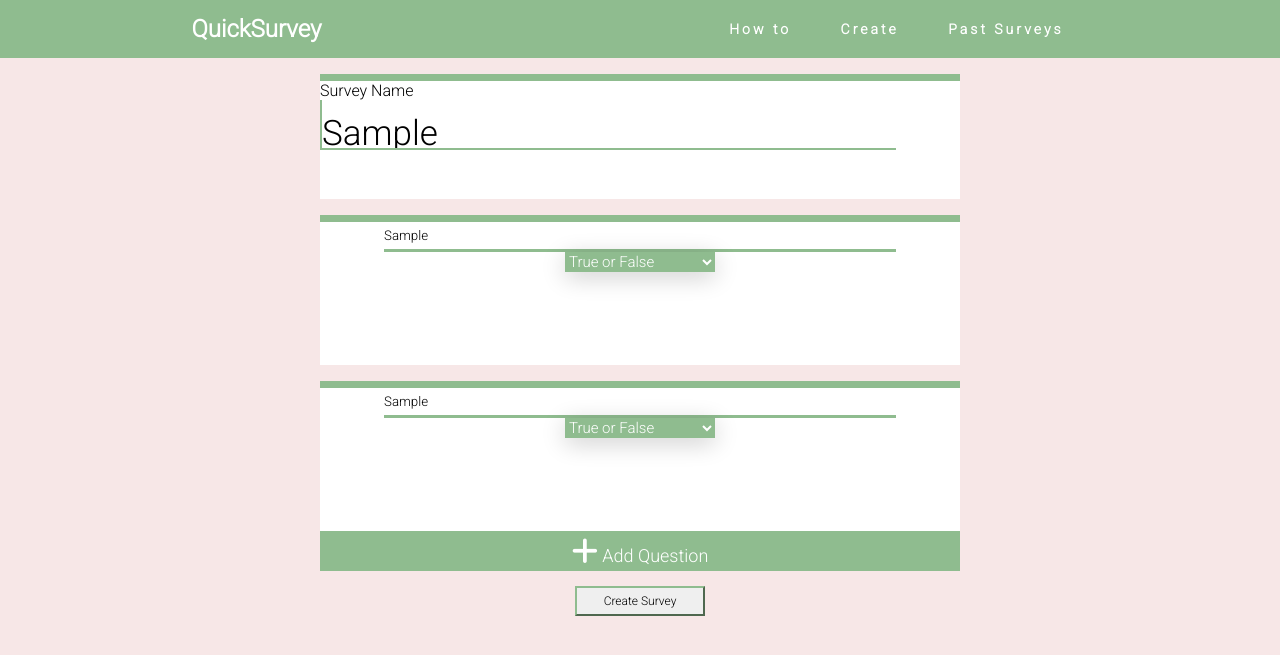
Repository: cakuang1/QuickSurvey
Page: create.html
These files come from the project's save history. The page is drawn as it stood at one moment and after a run of saves; the edit follows.
The browser window is 1280 px wide. The pictures show the whole page.
Empty fields were first filled with sample values (such as "Sample", 5 or name@example.com).
After loading, the first visible `button.adds` was clicked once.
Some web libraries are served in a nearby version.

Above is the page before, as saved 2022-01-09 22:52:23.

### create.html
<!DOCTYPE html>
<html>
<head>
    <title>QuickSurvey</title>
    <link href="https://fonts.googleapis.com/css2?family=Roboto:wght@300&display=swap" rel="stylesheet">
    <meta charset="UTF-8">
    <link rel="stylesheet" href="style.css">

    <script src="https://kit.fontawesome.com/71865f0e2e.js" crossorigin="anonymous"></script>


</head>

<body>
        <nav class="navbar">
            <div class = 'heading'>
                <h2 id = "logo">QuickSurvey</h2>
            </div>
            <ul class="nav-menu">
                <li><a href="index.html" >How to</a></li>
                <li><a href="create.html">Create</a></li>
                <li><a href="pastsurveys.html">Past Surveys</a></li>
            </ul>
        </nav>

    </div>
    <div class="namecontainer">
        <label>Survey Name </label>
        <form ><input type="text" id = "testing"Survey name="Name"></form>

    </div>
    <form action="" class="theform">
        <div class = "formdiv">
            <input type="text" class="inps" placeholder="Question 1">
            <select name="" class="selectors">
                <option value="TF">True or False</option>
                <option value="SR">Short Response</option>
            </select>
        </div>
        <div align = "center" class = "bottomdiv">
        <button type = "button" class = "adds"> <i class="fas fa-plus"></i> Add Question</button><br>
        <input type="submit" value="Create Survey" class="creates">
        </div>
    </form>

</body>
<script src="app.js"></script>
</html>

### style.css
* {
    box-sizing: border-box;
    margin: 0;
    padding: 0;
    font-family: 'Roboto', sans-serif;
}
body{
    background-color: #f7e7e7;


}
nav {
    display: flex;
    justify-content: space-around;
    align-items: center;
    min-height: 8vh;
    background-color: darkseagreen;
}

.nav-menu {
    display: flex;
    justify-content: space-around;
    width: 30%;
}


.creates {
    text-align: center;
    width: 130px;
    height:30px;
    padding: 0;
    border-color: darkseagreen;
    color: #000;
    font-size: 12px;
    margin-top: 15px;
}
.nav-menu li {
    list-style: none;
}
.nav-menu a{
    color:white;
    text-decoration: none;
    letter-spacing: 3px;
    font-weight: bold;
    font-size: 14px;
    padding: 14px 16px;

}
.nav-menu li a:hover:not(.active){
    background-color: lightseagreen;
}
.nav-ment li a.active {
    background-color: darkseagreen;
}

.namecontainer {
    background-color: white;
    width: 50%;
    margin: auto;
    margin-top: 1em;
    border-top: 7px solid darkseagreen;
    height: 125px;

}


.namecontainer input {
    width: 90%;
    height: 50px;
    background: transparent;
    border-top: none;
    border-right: none;
    border-left: 2px solid darkseagreen;
    border-bottom: 2px solid darkseagreen;
    font-size: 35px;
    outline: none;
    padding-top: 20px;
    display: inline-block;


}

.adds {
    background-color: darkseagreen;
    border: none;
    width: 50%;
    font-size: 18px;
    cursor: pointer;
    color: white;
    padding: 5px 16px;

}

.adds:hover {
    filter: brightness(95%);
}

h1 {
    text-indent: 10px;
    color:  darkseagreen;
}

.fas {
    color: white;
    font-size: 30px;

}


#home {
    background-color: rgb(176, 226, 176);
}

#logo {
    color: white;
}

#listcontainer {
    padding-top: 100px;
    width: fit-content;
    margin: auto;

}

ol {
    padding-top: 25px;
}

ol li {
    font-size: 50px;
    color: white;

}

.formdiv {
    background-color: white;
    width: 50%;margin: auto; margin-top: 1em;border-top: 7px solid darkseagreen;
    text-align: center;
    height: 150px;
}


.formdiv .inps{
    height: 30px;
    border-bottom: solid darkseagreen;
    border-left: none;
    border-top: none;
    border-right: none;
    width: 80%;
    outline: none;



}




.formdiv select {
    background-color: darkseagreen;
    color: white;
    width: 150px;
    border: none;
    font-size: 15px;
    box-shadow: 0 5px 25px rgba(0, 0, 0, 0.2);
    outline: none;

  }

### app.js

/* selectors */

let theform = document.querySelector(".theform");
let firstdiv = document.querySelector(".formdiv");
let seconddiv = document.querySelector(".bottomdiv");
let addbutton = seconddiv.querySelector(".adds");
let endbutton =seconddiv.querySelector(".creates");





addbutton.addEventListener("click",function(e) {
    let newfirstdiv = firstdiv.cloneNode(true);
    newfirstdiv.set
    theform.appendChild(newfirstdiv);
    theform.appendChild(seconddiv);
    }
)




function emptyinput(input) {
    if (inputtxt.value.length == 0)
    {
        return true;
    }
    else {
        return false;

    }
}


function handleForm(event) {
    event.preventDefault();

    }





theform.addEventListener("submit",handleForm);

After the next 2 saves:
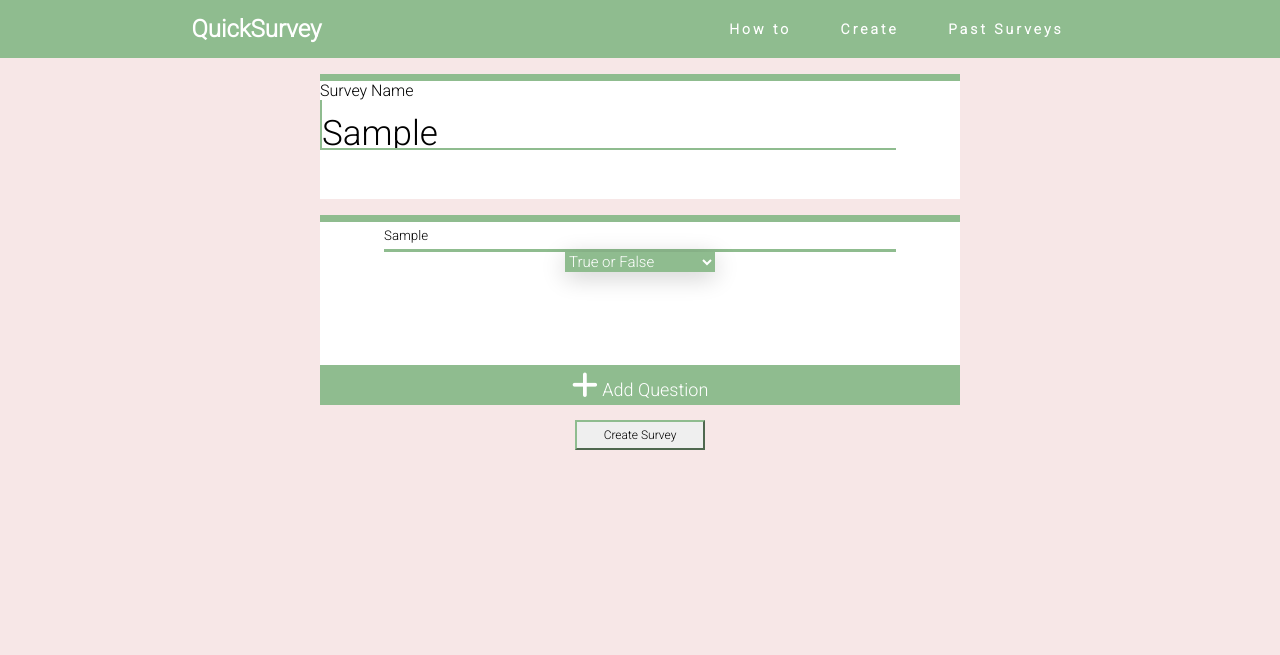
Console error: TypeError: Cannot read properties of undefined (reading 'appendChild')
The 2 saves are shown as one change because they came seconds apart.
The last was saved 10 s later.
--- a/app.js
+++ b/app.js
@@ -13,7 +13,7 @@
 
 addbutton.addEventListener("click",function(e) {
     let newfirstdiv = firstdiv.cloneNode(true);
-    newfirstdiv.set
+    newfirstdiv.
     theform.appendChild(newfirstdiv);
     theform.appendChild(seconddiv);
     }

After the save that followed:
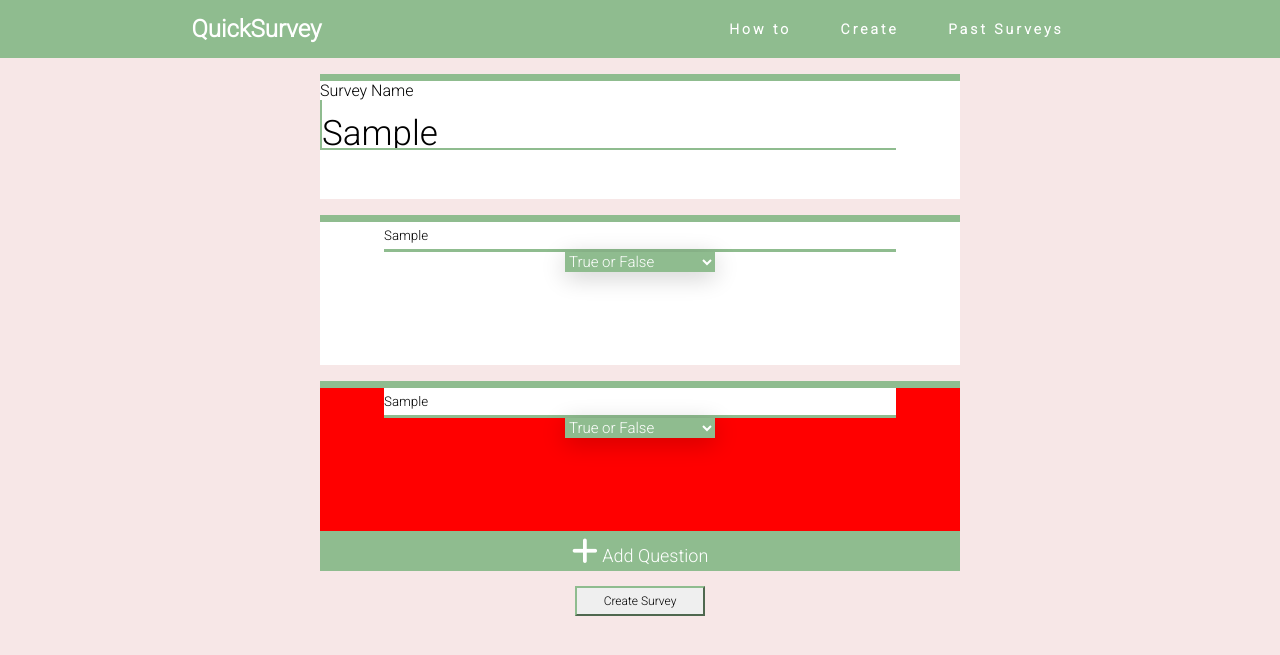
The error is gone.
Saved 8 s later.
--- a/app.js
+++ b/app.js
@@ -13,7 +13,7 @@
 
 addbutton.addEventListener("click",function(e) {
     let newfirstdiv = firstdiv.cloneNode(true);
-    newfirstdiv.
+    newfirstdiv.setAttribute("style", "background-color: red;");
     theform.appendChild(newfirstdiv);
     theform.appendChild(seconddiv);
     }
